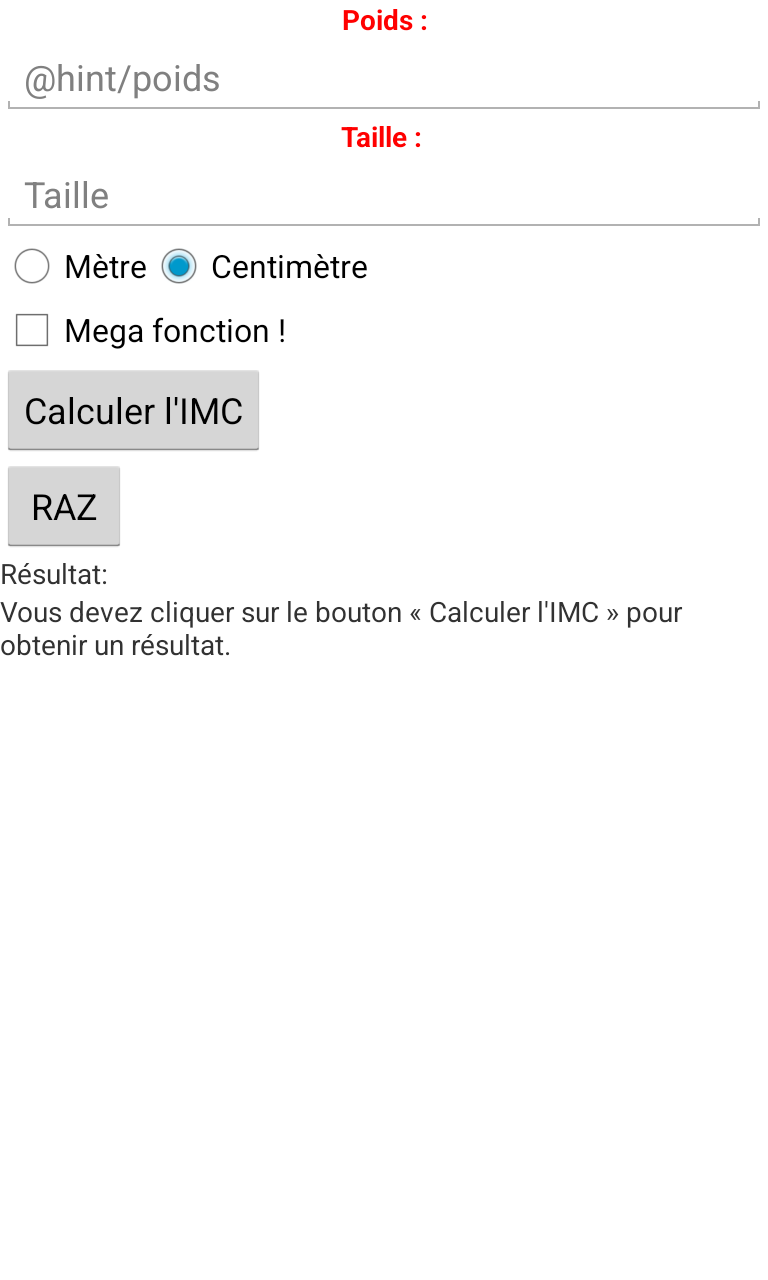
Repository: BlackyFox/PST4-NFC
Layout: Antoine/App_test/res/layout/activity_main.xml
These files come from the project's save history. The layout is drawn as it stood at one moment and after the next save; the edit follows.
It is drawn on a 768 x 1280 px phone screen (xhdpi) without system bars, with theme AppTheme; the app's code is not run.

Above is the layout before, as saved 2014-11-03 10:36:24.

After the next save:
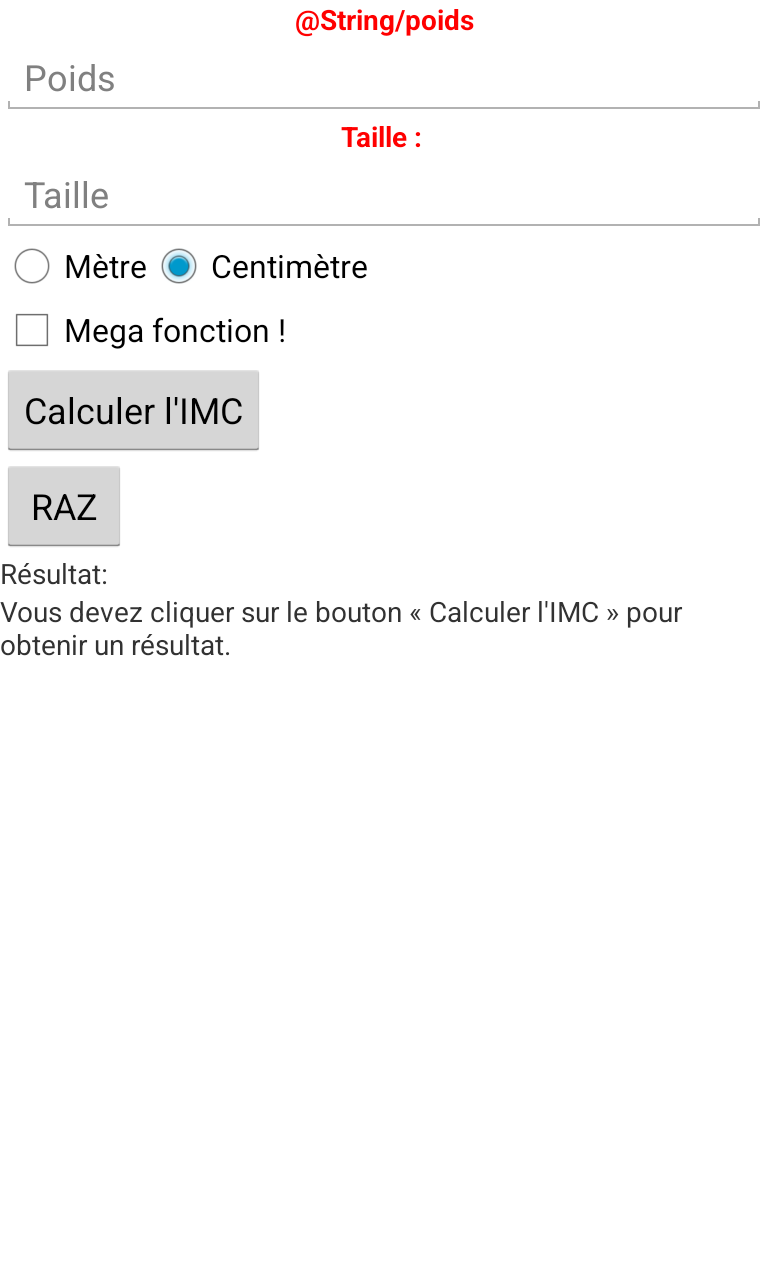
Saved 88 s later.
--- a/Antoine/App_test/res/layout/activity_main.xml
+++ b/Antoine/App_test/res/layout/activity_main.xml
@@ -6,7 +6,7 @@
   <TextView
     android:layout_width="fill_parent"
     android:layout_height="wrap_content"
-    android:text="@string/poids"
+    android:text="@String/poids"
     android:textStyle="bold"
     android:textColor="#FF0000"
     android:gravity="center"
@@ -15,7 +15,7 @@
     android:id="@+id/poids"
     android:layout_width="fill_parent"
     android:layout_height="wrap_content"
-    android:hint="@hint/poids"
+    android:hint="Poids"
     android:inputType="numberDecimal"
   />
   <TextView
